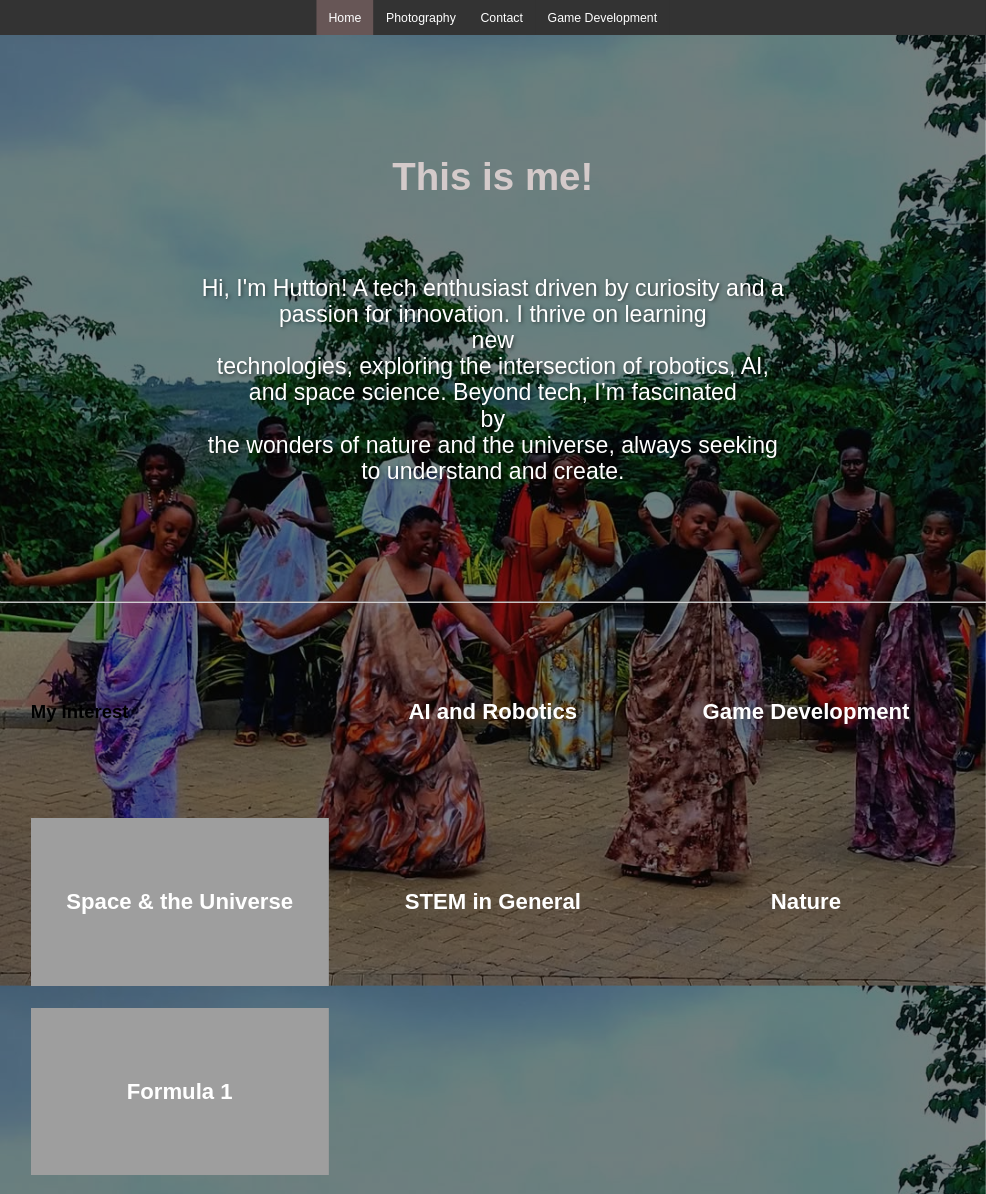
Repository: Argivist/ArgPortfolio
Page: index.html
An editor plug-in stored every save of this project. The page is shown before and after the next save, followed by the edit.
The browser window is 1280 px wide. The pictures show the whole page, at 77% of full size.
Pictures or frames that could not be fetched are drawn as grey boxes. Backgrounds fixed to the window are drawn as part of the page.

Above is the page before, as saved 2025-03-28 20:17:36.

### index.html
<!DOCTYPE html>
<html lang="en">

<head>
    <meta charset="UTF-8">
    <meta name="viewport" content="width=device-width, initial-scale=1.0">
    <link rel="stylesheet" href="css/styles.css">
    <link rel="stylesheet" href="css/nav.css">
    <link rel="stylesheet" href="css/home.css">

    <title>Hutton Amison-Addy</title>

    <style>
        body {
            background-color: #f0f0f0;
            font-family: 'Arial', sans-serif;
        }
    </style>
</head>

<body>
    <nav>
        <ul>
            <li class="nav-content active active-text"><a href="index.html">Home</a></li>
            <li class="nav-content"><a href="https://www.instagram.com/theworldinoneseye/">Photography</a></li>

            <li class="dropdown nav-content">
                <a href="contact.html">Contact</a>
                <ul class="dropdown-content">
                    <li><a href="https://www.linkedin.com/in/hutton-amison-addy-7b1b3b1b1/">LinkedIn</a></li>
                    <li><a href="https://www.github.com/Argivist">GitHub</a></li>
                    <li><a href="mailto:hutton.amison@ashesi.edu.gh">hutton.amison@ashesi.edu.gh</a></li>
                    <li><a href="mailto:huttonaaddy.public@gmail.com">huttonaaddy.public@gmail.com</a></li>
                </ul>
            </li>

            <li class="dropdown nav-content">
                <a href="#">Game Development</a>
                <ul class="dropdown-content">
                    <li><a href="game/index.html">Game Development Projects</a></li>
                    <li><a href="blender/index.html">Blender</a></li>
                </ul>
            </li>
        </ul>
    </nav>
    <div class="padding">
    </div>
    <div class="overlay">
        <hr />
        <div class="thisisme section">
            <h1>This is me!</h1>
            <p class="desc">
                Hi, I'm Hutton! A tech enthusiast driven by curiosity and a passion for innovation. I thrive on learning
                new
                technologies, exploring the intersection of robotics, AI, and space science. Beyond tech, I’m fascinated
                by
                the wonders of nature and the universe, always seeking to understand and create.
            </p>
        </div>
        <hr />
        <div class="interests section">
            <h2>My Interest</h2>

            <div class="interest robotics">
              <div class="intdesc">
                <h3>AI and Robotics</h3>
                <p>Currently learning about AI and Robotics; add more details here.</p>
              </div>
            </div>

            <div class="interest ai">
              <div class="intdesc">
                <h3>Game Development</h3>
                <p><!-- TODO: describe game dev passion --></p>
              </div>
            </div>

            <div class="interest space">
              <div class="intdesc">
                <h3>Space &amp; the Universe</h3>
                <p>Exploring the cosmos and beyond.</p>
              </div>
            </div>

            <div class="interest stem">
              <div class="intdesc">
                <h3>STEM in General</h3>
                <p>Passionate about all things science and technology.</p>
              </div>
            </div>

            <div class="interest nature">
              <div class="intdesc">
                <h3>Nature</h3>
                <p>Connecting with the natural world.</p>
              </div>
            </div>

            <div class="interest f1">
              <div class="intdesc">
                <h3>Formula 1</h3>
                <p>Lorem ipsum dolor sit amet, consectetur adipiscing elit, sed do eiusmod tempor incididunt ut labore et dolore magna aliqua.</p>
              </div>
            </div>
          </div>



    </div>
    <hr />
    </div>



</body>

</html>

### css/styles.css
body{
    height: 100%;
    margin: 0;
    padding: 0;
}

 p {
    white-space: pre-line; /* preserves newlines, but collapses extra spaces */
  }
  .overlay {
    /* position: fixed; */
    position: absolute;
    left: 0;
    width: 100%;
    /* height: 100%; */
    background-color: rgba(0, 0, 0, 0.5); /* Adjust opacity as needed */
    z-index: -1; /* Keeps it behind your content */
}

### css/nav.css
/* 1. Define default variables in :root */


/* NAV Content and Dropdown */
.nav-content {
    position: relative;
    display: inline-block;
}

.dropdown {
    position: relative; /* For proper absolute positioning of its child */
    display: inline-block;
}

.dropdown:hover .dropdown-content {
    display: block;
}

.dropdown-content {
    display: none;
    position: absolute; /* This makes it overlay other elements without affecting layout */
    background-color: var(--dropdown-bg);
    min-width: 160px;
    box-shadow: 0px 8px 16px 0px rgba(0,0,0,0.2);
    z-index: 1;
}

/* Nav Stylisation */
nav {
    background-color: var(--nav-bg);
    position: fixed;
    top: 0;
    left: 0;
    width: 100vw;
    z-index: 100;
    display: flex;
    justify-content: center;  /* Centers the nav content horizontally */
    align-items: center;      /* Vertically centers items */
    margin: 0;
    color: var(--nav-link-color);
}

/* Reserve space for the fixed navbar */
.padding {
    height: 35px;  /* Adjust this value to match your navbar's height */
    top: 0;
    left: 0;
    width: 100%;
    bottom: 0;
}

/* Nav List Styles */
nav ul {
    list-style-type: none;
    margin: 0;
    padding: 0;
    display: flex;
}

nav ul li {
    display: inline-block;
    margin: 0;
    text-align: center;
    /* If you want each <li> to match nav’s background: */
    background-color: var(--nav-bg);
}

/* Nav Links */
nav ul li a {
    display: block;
    color: var(--nav-link-color);
    text-align: center;
    padding: 14px 16px;
    text-decoration: none;
}

nav ul li a:hover {
    background-color: var(--nav-link-hover-bg);
    color: var(--nav-link-active-color);
}

/* Optional: Ensure dropdown list items take full width */
.dropdown ul li {
    width: 100%;
}

/* Active link styling */
.active {
    background-color: var(--active-bg);
    /* color: var(--nav-link-active-color); */
    text-decoration: none;
}
/* If .active is on the <li>, target the <a> inside */
.active-text{
    color: var(--nav-link-active-color);
}

### css/home.css
/* Custom Theme variables */
:root {
    --nav-bg: #333;
    --nav-link-color: #fff;
    --nav-link-hover-bg: #111;
    --dropdown-bg: #f9f9f9;
    --active-bg: #675656;
    --body-text-color: #f5c646;      /* General text color */
    --heading-text-color: #d4caca;   /* Headings, if desired */
    --interest-hover: #ffffff50;       /* Hover color for interest items */
}


h1 {
    color: var(--heading-text-color);
    font-size: 50px;
    text-align: center;
    /* text-shadow: 2px 2px 5px rgba(0, 0, 0, 0.5); */
}

/* p {

    color: var(--body-text-color);
    font-size: 30px;
    text-align: center;
    /* text-shadow: 2px 2px 5px rgba(0, 0, 0, 0.5); */
/*} */
.desc{
    color: var(--nav-link-color);
    font-size: 30px;
    text-align: center;
    text-shadow: 2px 2px 5px rgba(0, 0, 0, 0.5);
    /* large gap between left and right edges */
    margin-left: 20%;
    margin-right: 20%;
}

body {
    background-image:url('../img/home.jpeg');
    background-size:cover;    /* Ensures the image covers the whole screen */
    background-repeat: no-repeat;  /* Prevents tiling */
    background-position: center 15%;
    /* fixed bg */
    background-attachment: fixed;
    bottom: 0;
    /*  */
    /* background-position: center;   Centers the image */
}

/* Root variables for theme colors */
:root {
    --nav-link-color: #fff;
    --interest-hover-bg: rgba(255, 255, 255, 0.8);
    --interest-text-color: #333;
}


.section{
    display: flex;
    flex-direction: column;
    justify-content: center;
    align-items: center;
    height: 100vh;
}
/* Container for all interests */
.interests {
    display: grid;
    grid-template-columns: repeat(auto-fit, minmax(300px, 1fr));
    gap: 20px;
    max-width: 1200px;
    margin: 0 auto;
    padding: 20px;
}

/* Individual interest item */
.interest {
    position: relative;
    background-size: cover;
    background-position: center;
    aspect-ratio: 16 / 9; /* Adjusts height relative to width */
    overflow: hidden;
    cursor: pointer;
}

/* Background images for specific interests */
.f1 {
    background-image: url('https://corp.formula1.com/wp-content/uploads/2023/02/GettyImages-1240545798-scaled.jpg');
}
.space{
    background-image: url('https://scalar.chapman.edu/scalar/interior-space---a-visual-exploration-of-the-international-space-station-photographs-by-paolo-nespo/media/Endeavour%20dock%20ISS%20symmetric.jpg');
}

/* https://scalar.chapman.edu/scalar/interior-space---a-visual-exploration-of-the-international-space-station-photographs-by-paolo-nespo/media/Endeavour%20dock%20ISS%20symmetric.jpg */

/* Description container */
.intdesc {
    position: absolute;
    top: 0;
    left: 0;
    width: 100%;
    height: 100%;
    background-color: transparent;
    color: var(--nav-link-color);
    display: flex;
    flex-direction: column;
    justify-content: center;
    align-items: center;
    padding: 20px;
    box-sizing: border-box;
    transition: background-color 1s ease, color 1s ease;
}

/* Title styling */
.intdesc h3 {
    margin: 0;
    font-size: 1.8em;
    text-align: center;
}
.intdesc p{
    display: none;
    transition: display 1s ease;
}
.intdesc:hover p{
    display: block;
    transition: display 1s ease;
}

/* Description paragraph */



/* Hover effects */
.interest:hover .intdesc {
    background-color: var(--interest-hover-bg);
    color: var(--interest-text-color);
}
.interest:hover h3,p {
    color: white;
    transition: color 1s ease;
}

/* each casse */

.f1:hover .intdesc {
    background-color:rgba(255, 0, 0, 0.582);
}
.space:hover .intdesc {
    background-color:rgba(0, 0, 255, 0.582);
}


.interest:hover .intdesc i {
    opacity: 1;
}

After the next save:
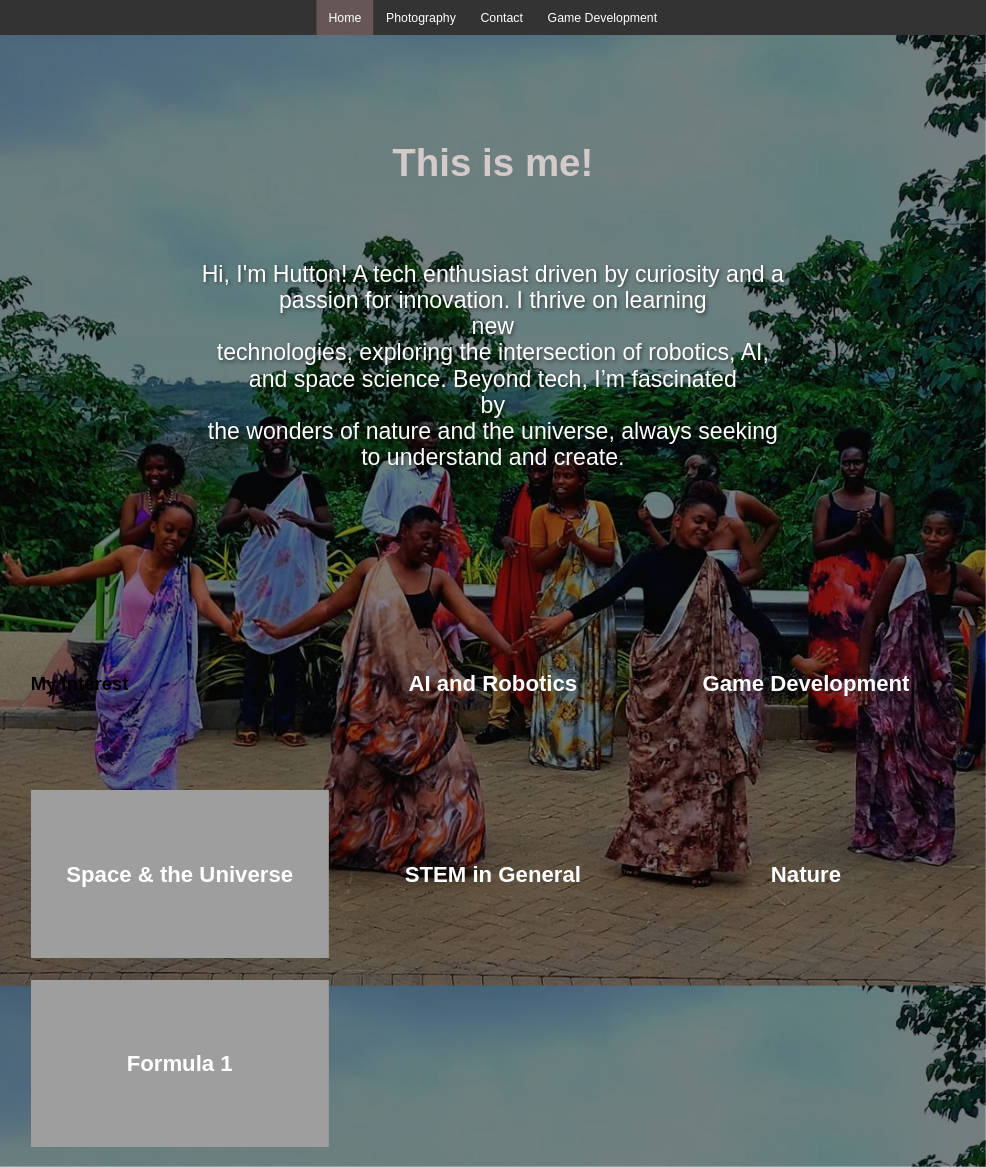
Saved 26 s later.
--- a/index.html
+++ b/index.html
@@ -46,7 +46,7 @@
     <div class="padding">
     </div>
     <div class="overlay">
-        <hr />
+
         <div class="thisisme section">
             <h1>This is me!</h1>
             <p class="desc">
@@ -57,7 +57,7 @@
                 the wonders of nature and the universe, always seeking to understand and create.
             </p>
         </div>
-        <hr />
+
         <div class="interests section">
             <h2>My Interest</h2>
 
@@ -107,7 +107,7 @@
 
 
     </div>
-    <hr />
+
     </div>
 
 
